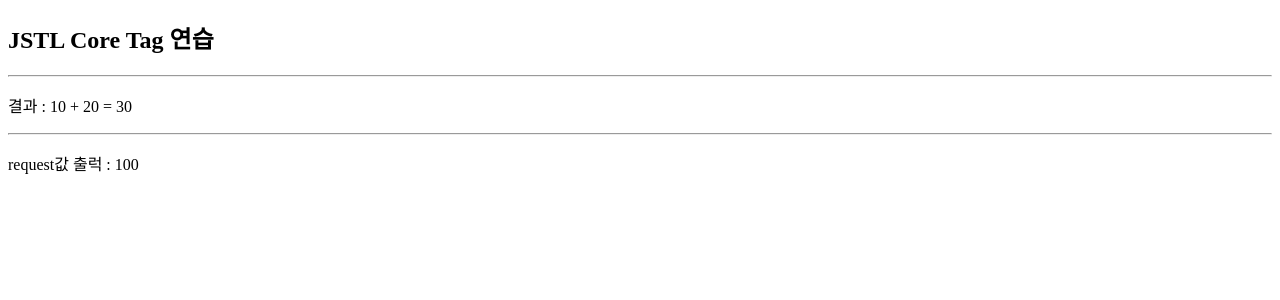
Repository: emthrology/servertest
Page: http://localhost/jspTag/JSTL/jsp_JSTL_Basic1.jsp
These files come from the project's save history. The page is drawn as it stood at one moment and after the next save; the edit follows.
The browser window is 1280 px wide. The pictures show the whole page.
The page is served by Tomcat 9.

Above is the page before, as saved 2019-05-16 04:43:00.

After the next save:
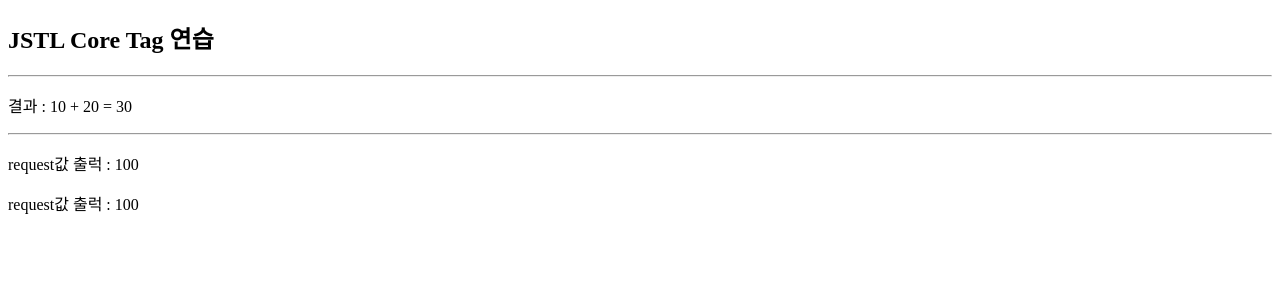
Saved 75 s later.
--- a/apache/jspTag/WebContent/JSTL/jsp_JSTL_Basic1.jsp
+++ b/apache/jspTag/WebContent/JSTL/jsp_JSTL_Basic1.jsp
@@ -18,6 +18,8 @@
 	<c:set var="num" value="100" scope="request"/>
 	<c:set var="num" value="100" scope="session"/>
 	<p>request값 출럭 : ${requestScope.num }</p>
+	<p>request값 출럭 : ${sessionScope.num }</p>
 
+	<c:remove var="num" scope="request"/>
 </body>
 </html>
